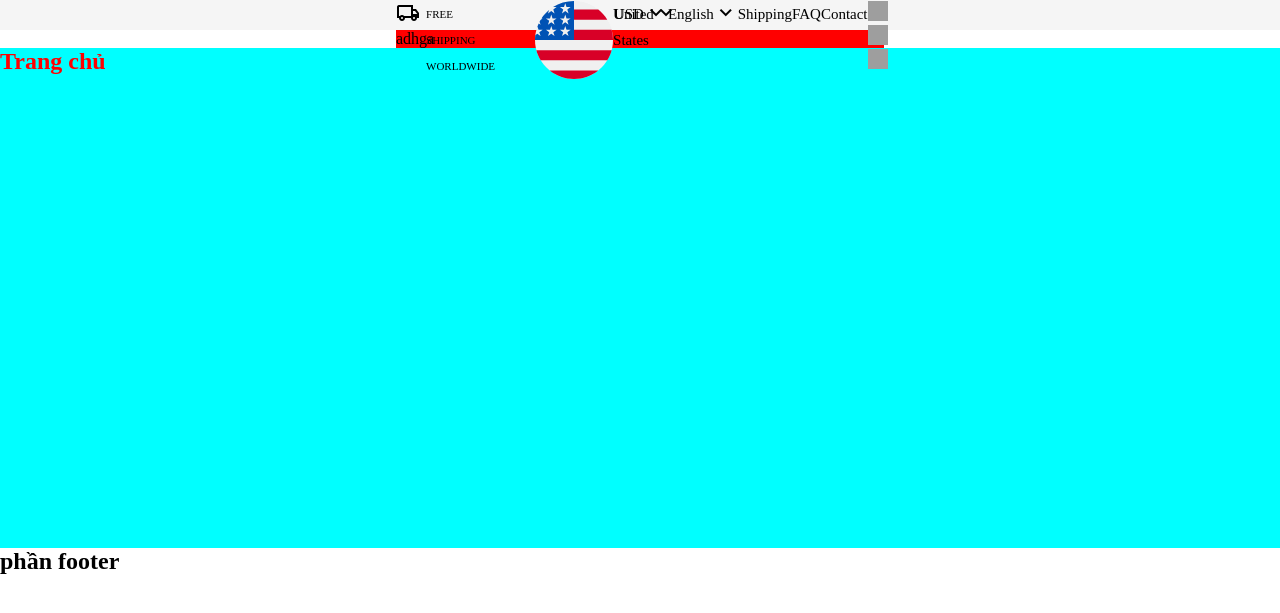
Repository: tatvanhco/shopper
Page: /
The author's editor kept a copy of each file at every save. The page is drawn from the files as they stood at one save, then again after the next save.
The browser window is 1280 px wide. The pictures show the whole page.
Pictures or frames that could not be fetched are drawn as grey boxes. The project was rebuilt for these pictures with package versions that can differ from the ones it lists, and the page was loaded fresh each time.

Above is the page before, as saved 2022-09-24 11:50:31.

After the next save:
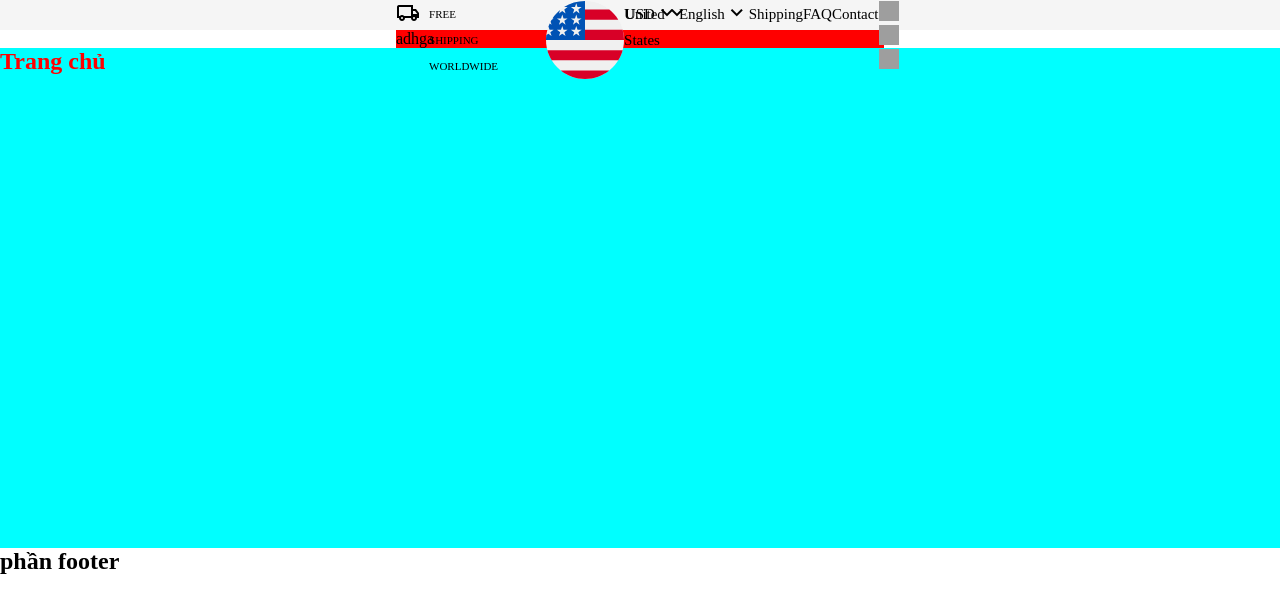
Saved 45 s later.
--- a/src/components/header/header.module.scss
+++ b/src/components/header/header.module.scss
@@ -15,5 +15,5 @@
 .titleShip {
     font-size: 11px;
     line-height: 26px;
-    padding: 0 40px 0 6px;
+    padding: 0px 48px 0 9px;
 }
